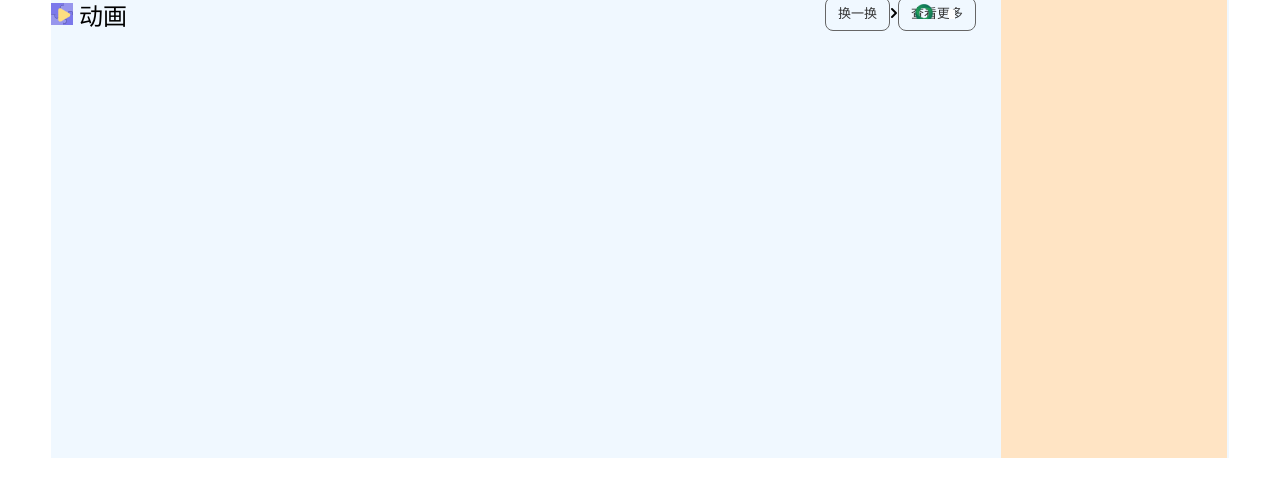
Repository: zhangwen001208/Honor-kings
Page: bibi.html
The author's editor kept a copy of each file at every save. The page is drawn from the files as they stood at one save, then again after the next save.
The browser window is 1280 px wide. The pictures show the whole page.

Above is the page before, as saved 2022-06-21 10:33:11.

After the next save:
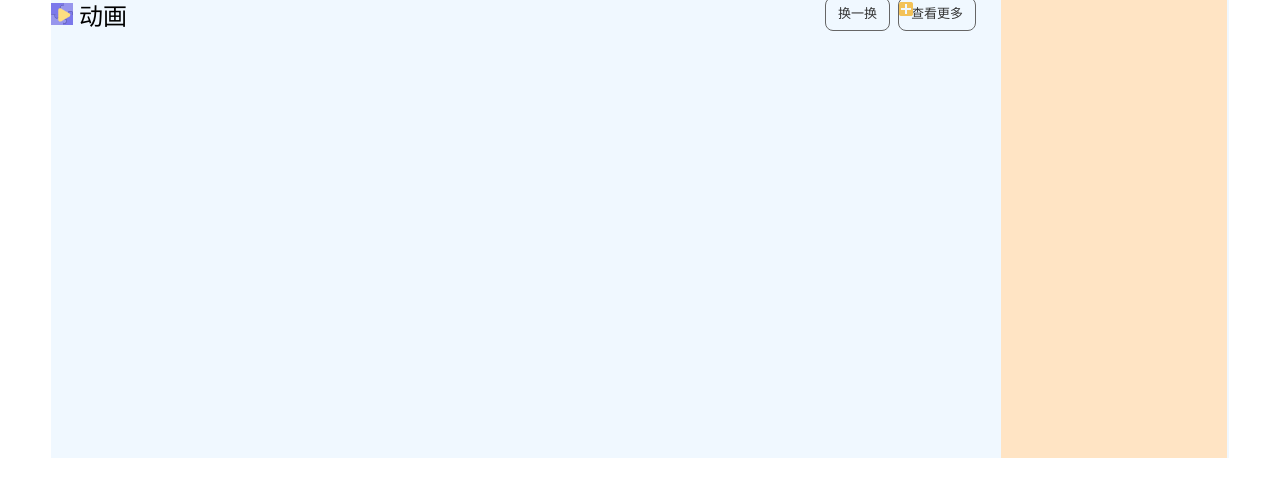
Saved 69 s later.
--- a/bibi.html
+++ b/bibi.html
@@ -78,12 +78,12 @@
         .animation-left .area-header .area-header-right .more::after {
             content: '';
             position: absolute;
-            right: 20px;
+            right: 0px;
             top: 0;
             bottom: 0;
             height: 21px;
             width: 100%;
-            background: url(./image/top_sprite.png) no-repeat 0 0;
+            background: url(./image/download_sprit.png) no-repeat -252px 4px;
 
 
         }
